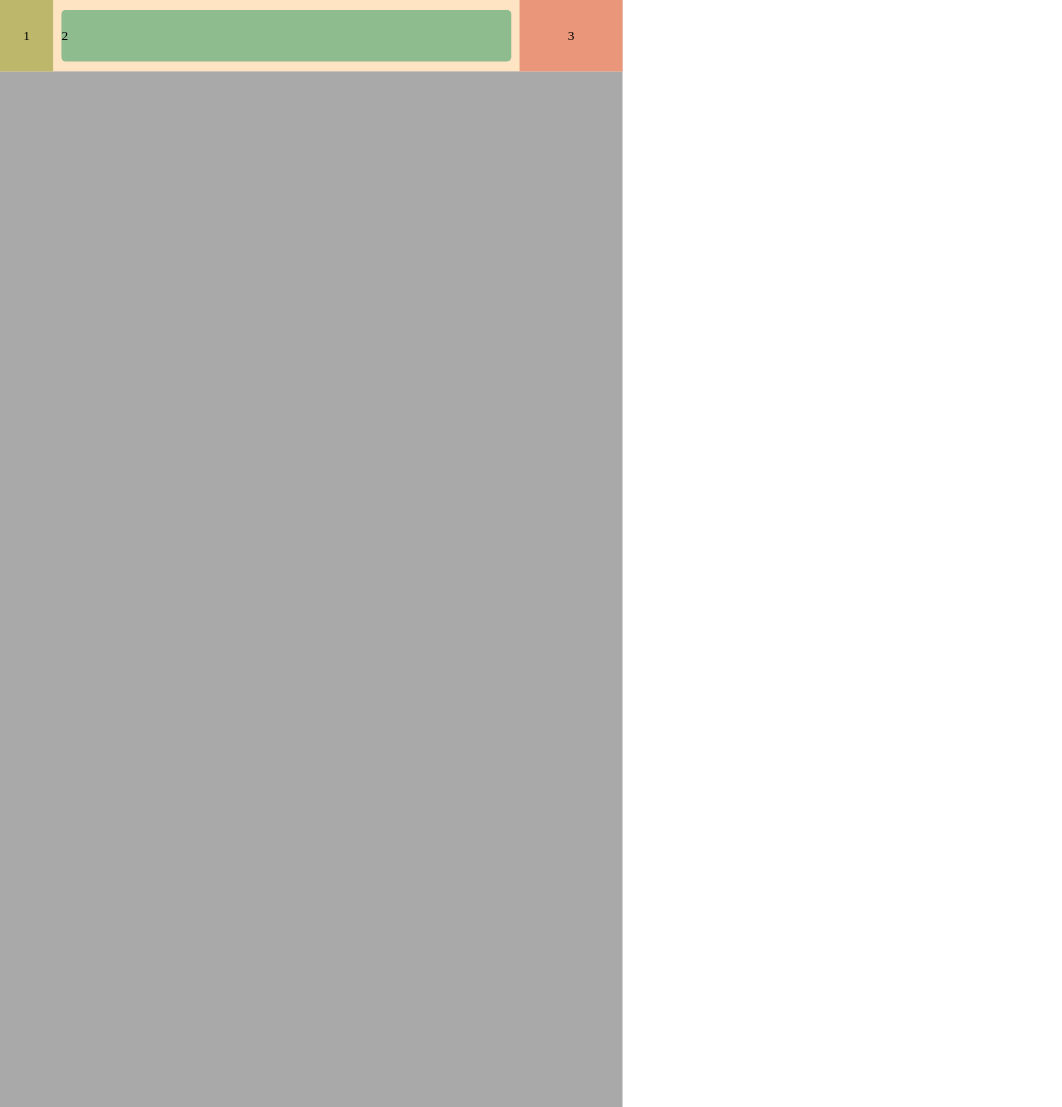
Repository: GitHub-dev666/muke-qunaer
Page: /
The author's editor kept a copy of each file at every save. The page is drawn from the files as they stood at one save, then again after the next save.
The browser window is 1280 px wide. The pictures show the whole page, at 83% of full size.
The project was rebuilt for these pictures with package versions that can differ from the ones it lists, and the page was loaded fresh each time. Also part of the build but not shown: vue.config.js.

Above is the page before, as saved 2021-02-10 22:25:34.

### public/index.html
<!DOCTYPE html>
<html lang="">
  <head>
    <meta charset="utf-8">
    <meta http-equiv="X-UA-Compatible" content="IE=edge">
    <meta name="viewport" content="width=device-width,initial-scale=1.0,minimum-scale=1.0,maximum-scale=1.0,user-scalable=no">
    <link rel="icon" href="<%= BASE_URL %>favicon.ico">
    <title><%= htmlWebpackPlugin.options.title %></title>
    <style type="text/css">
      html,body{
        margin: 0px;
        padding: 0px;
      }
    </style>
  </head>
  <body>
    <noscript>
      <strong>We're sorry but <%= htmlWebpackPlugin.options.title %> doesn't work properly without JavaScript enabled. Please enable it to continue.</strong>
    </noscript>
    <div id="app"></div>
    <!-- built files will be auto injected -->
  </body>
</html>

### src/router/index.js
import Vue from 'vue'
import VueRouter from 'vue-router'
import Home from '../pages/Home.vue'

Vue.use(VueRouter)

const routes = [
  {
    path: '/',
    name: 'Home',
    component: Home
  }
]

const router = new VueRouter({
  routes
})

export default router

### src/pages/Home.vue
<template>
  <div class="home">
    <home-header></home-header>
  </div>
</template>
<script>
import HomeHeader from '../components/home/homeheader'
export default {
  components: {
    HomeHeader
  }
}
</script>
<style lang="less" scoped>
.home{
  width: 750px;
  height: 1334px;
  background-color: darkgrey;
}
</style>

### src/components/home/homeheader.vue
<template>
    <div class="wrap">
        <div class="left">1</div>
        <div class="mid">2</div>
        <div class="right">3</div>
    </div>
</template>
<script>
export default {}
</script>
<style lang="less" scoped>
    .middle(){
        display: flex;
        justify-content: center;
        align-items: center;
    }
    .wrap{
        width: 750px;
        height: 86px;
        background-color:bisque;
        display: flex;
        align-items: center;
        .left{
            width: 64px;
            height: 86px;
            background-color: darkkhaki;
            .middle()
        }
        .mid{
            flex:1;
            line-height: 62px;
            background-color: darkseagreen;
            border-radius: 5px;
            margin: 12px 10px;
            vertical-align: center;
        }
        .right{
            width: 124px;
            height: 86px;
            background-color: darksalmon;
            .middle()
        }

    }
</style>

Loaded but not shown: src/main.js (common file); src/App.vue (common file); src/store/index.js (common file)

After the next save:
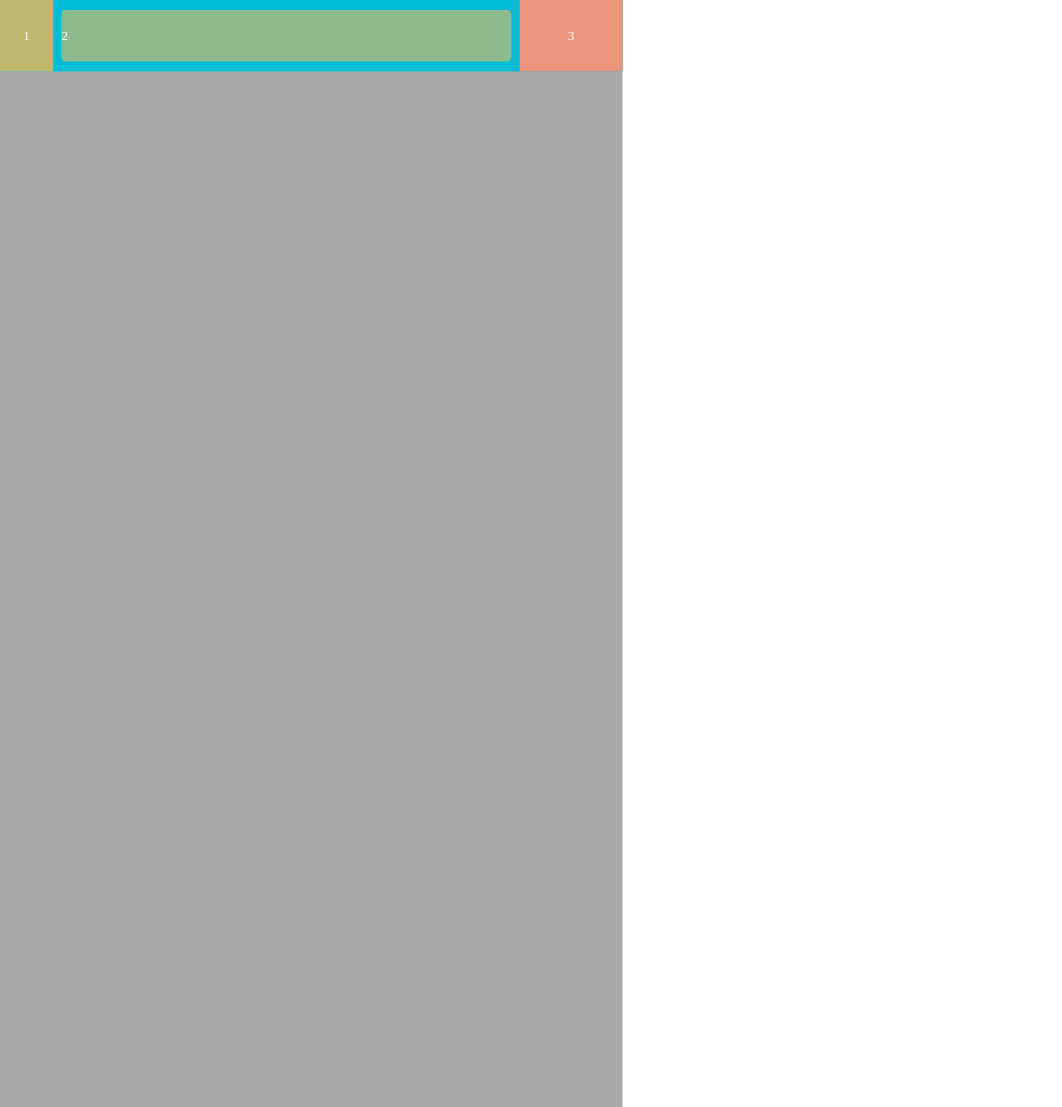
Saved 72 s later.
--- a/src/components/home/homeheader.vue
+++ b/src/components/home/homeheader.vue
@@ -17,7 +17,8 @@ export default {}
     .wrap{
         width: 750px;
         height: 86px;
-        background-color:bisque;
+        background-color: #00bcd4;
+        color: #fff;
         display: flex;
         align-items: center;
         .left{
